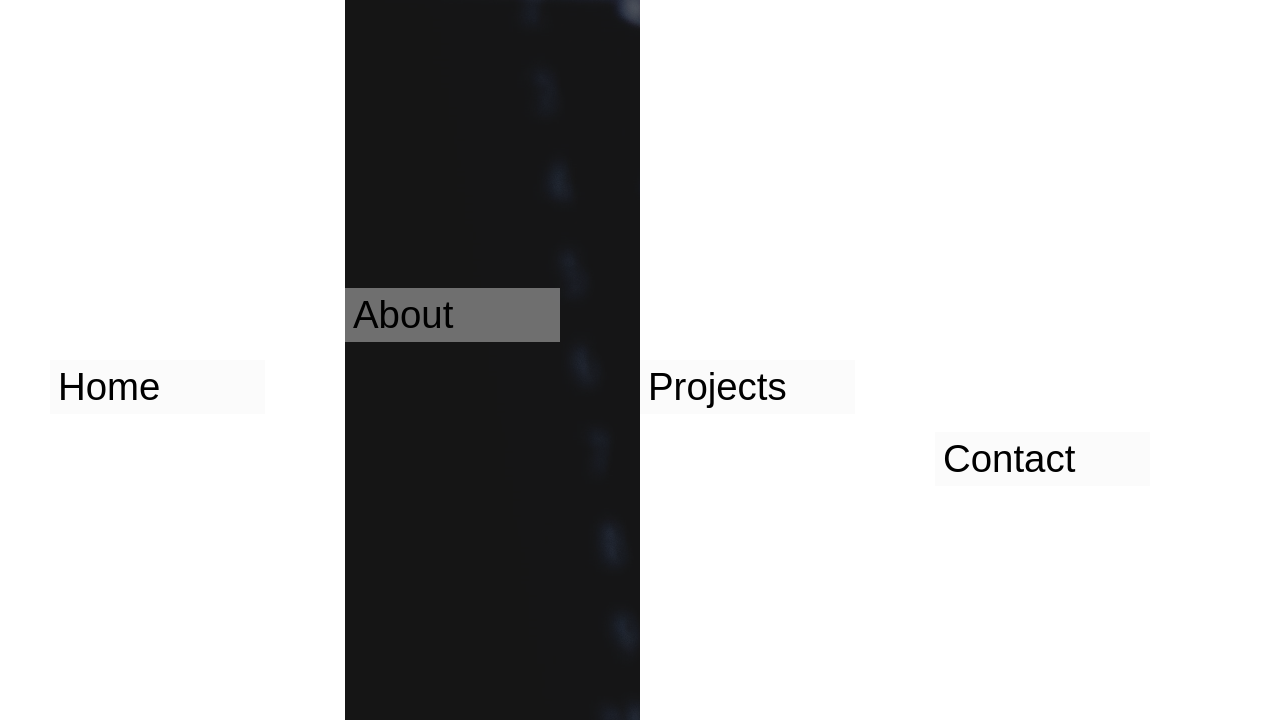
Repository: chashoff/portfolio-winner
Page: / (app in reactjs/)
An editor plug-in stored every save of this project. The page is shown before and after a run of saves, followed by the edit.
The browser window is 1280 px wide. The pictures show the whole page.
The project was rebuilt for these pictures with package versions that can differ from the ones it lists, and the page was loaded fresh each time.

Above is the page before, as saved 2020-05-19 15:54:37.

### reactjs/src/index.css
html, body, div, span, applet, object, iframe,
h1, h2, h3, h4, h5, h6, p, blockquote, pre,
a, abbr, acronym, address, big, cite, code,
del, dfn, em, img, ins, kbd, q, s, samp,
small, strike, strong, sub, sup, tt, var,
b, u, i, center,
dl, dt, dd, ol, ul, li,
fieldset, form, label, legend,
table, caption, tbody, tfoot, thead, tr, th, td,
article, aside, canvas, details, embed,
figure, figcaption, footer, header, hgroup,
menu, nav, output, ruby, section, summary,
time, mark, audio, video {
	margin: 0;
	padding: 0;
	border: 0;
	font-size: 64.5%;
	font: inherit;
	vertical-align: baseline;
}
/* HTML5 display-role reset for older browsers */
article, aside, details, figcaption, figure,
footer, header, hgroup, menu, nav, section {
	display: block;
}
html {
	font-family: Arial, Helvetica, sans-serif;
}
body {
	line-height: 1;
}
ol, ul {
	list-style: none;
}
blockquote, q {
	quotes: none;
}
blockquote:before, blockquote:after,
q:before, q:after {
	content: '';
	content: none;
}
table {
	border-collapse: collapse;
	border-spacing: 0;
}

code {
  font-family: source-code-pro, Menlo, Monaco, Consolas, 'Courier New',
    monospace;
}

h1 {
	font-size: 2.4rem;
}

### reactjs/src/App.js
import React from 'react';
import Routes from './components/routes';

function App() {
  return (
      <Routes />
  );
}

export default App;

### reactjs/src/components/routes/index.js
import React from "react";
import { BrowserRouter as Router, Switch, Route } from "react-router-dom";
import Home from '../../views/Home';

const Routes = () => (
    <Router>
        <Switch>
            <Route component={Home} path="/" />
        </Switch>
    </Router>
)
export default Routes;

### reactjs/src/views/Home.js
import React, { Component } from 'react';
import '../styles/Home.css'

class Home extends Component {
    render() {
        return (
            <div className="fs-container grid-container-four">
                <div />
                <div className="nav-column bg-column-home">
                    <div className="container-home">
                        <h1 className="nav-header-item">Home</h1>
                    </div>
                </div>
                <div className="nav-column bg-column-about">
                    <div className="container-about">
                        <h1 className="nav-header-item">About</h1>
                    </div>
                </div>
                <div className="nav-column bg-column-projects">
                    <div className="container-projects">
                        <h1 className="nav-header-item">Projects</h1>
                    </div>
                </div>
                <div className="nav-column bg-column-contact">
                    <div className="container-contact">
                        <h1 className="nav-header-item">Contact</h1>
                    </div>
                </div>
                <div />
            </div>
        )
    }
}
export default Home;

### reactjs/src/styles/Home.css
.fs-container {
    width: 100%;
    height: 100vh;
    overflow: hidden;
}
.grid-container-four {
    display: grid;
    grid-template-columns: 50px 1fr 1fr 1fr 1fr 50px;

}
.nav-column {
    height: 100%;
    transition: .2s ease-in-out all;
    position: relative;
}
.nav-column:hover {
    transform: scale(1.1);
}
.bg-column-home {

}
.bg-column-about {
    background-image: url('/images/background.png');
}
.container-home {
    position: absolute;
    top: 50%;
}
.container-about {
    position: absolute;
    top: 40%;
}
.container-projects {
    position: absolute;
    top: 50%;
}
.container-contact {
    position: absolute;
    top: 60%;
}
.container-contact, .container-home, .container-about, .container-projects {
    background-color: rgba(245, 245, 245, .4);
    display: block;
    width: 70%;
    padding: .5em 0 .5em .5em;
}

Loaded but not shown: reactjs/public/index.html (common file); reactjs/src/index.js (common file)

After the next 2 saves:
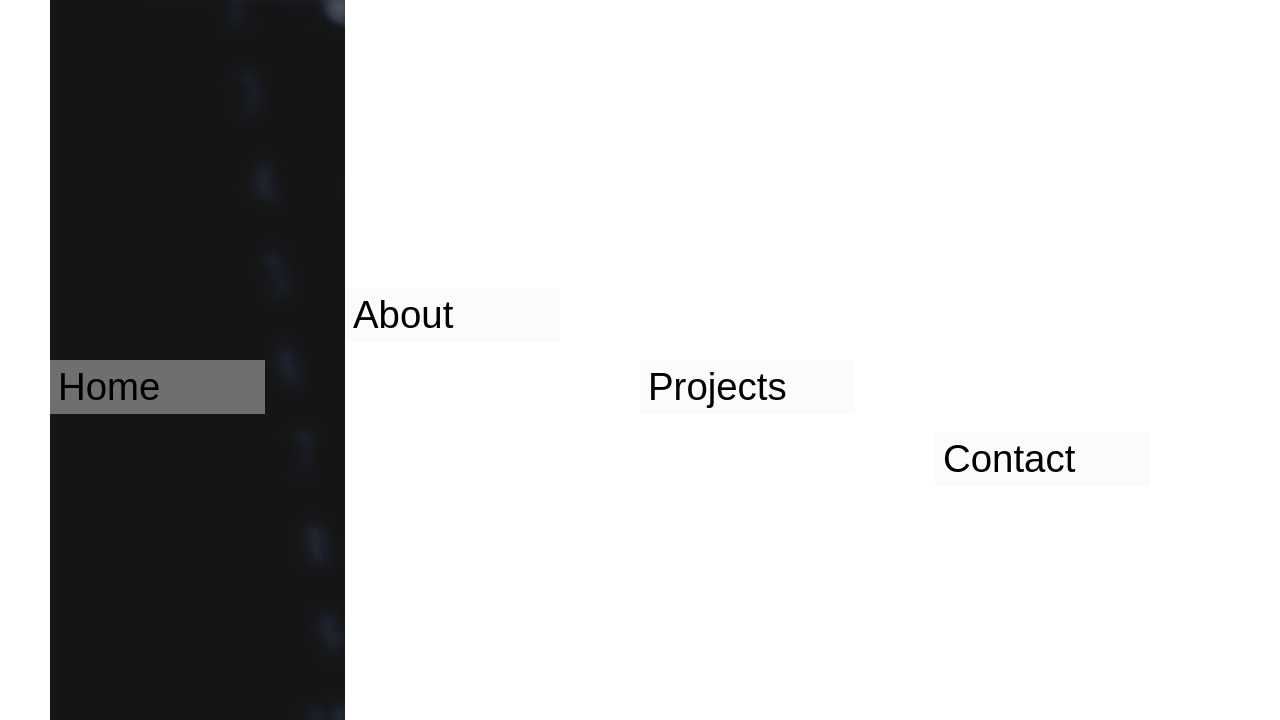
The 2 saves are shown as one change because they came seconds apart.
The last was saved 7 s later.
--- a/reactjs/src/styles/Home.css
+++ b/reactjs/src/styles/Home.css
@@ -17,10 +17,10 @@
     transform: scale(1.1);
 }
 .bg-column-home {
-
+    background-image: url('/images/background.png');
 }
 .bg-column-about {
-    background-image: url('/images/background.png');
+
 }
 .container-home {
     position: absolute;
